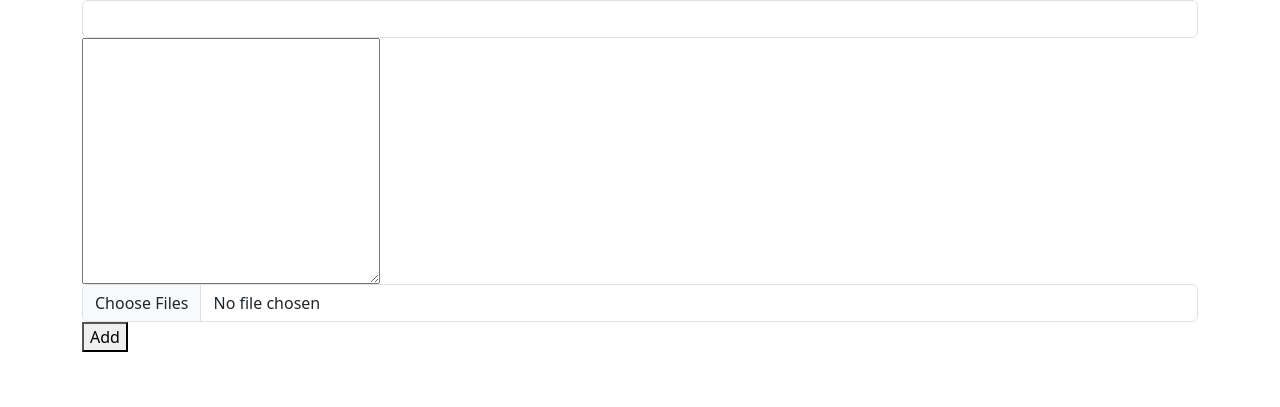
Repository: wasimalbokae2000/blogs
Page: http://localhost/posts/create
An editor plug-in stored every save of this project. The page is shown before and after the next save, followed by the edit.
The browser window is 1280 px wide. The pictures show the whole page.
The page is served by the project's Laravel application, run on PHP 8.4 with Laravel 12.

Above is the page before, as saved 2024-11-27 23:05:35.

After the next save:
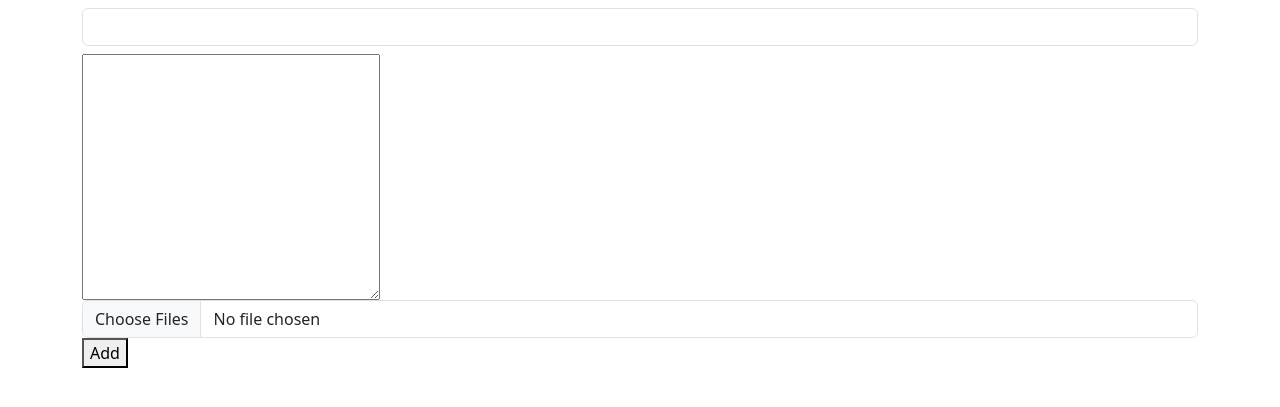
Saved 2 min 37 s later.
--- a/resources/views/posts/create.blade.php
+++ b/resources/views/posts/create.blade.php
@@ -4,7 +4,9 @@
     <form action="{{ route("posts.store") }}" enctype="multipart/form-data" method="POST">
         @method("POST")
         @csrf
-        <input type="text" class="form-control" name="title">
+        <div class="mt-2 mb-2">
+            <input type="text" class="form-control" name="title">
+        </div>
         <textarea name="description" id="" cols="30" rows="10"></textarea>
         <input class="form-control" type="file" name="image[]" multiple>
         <button type="submit">Add</button>
